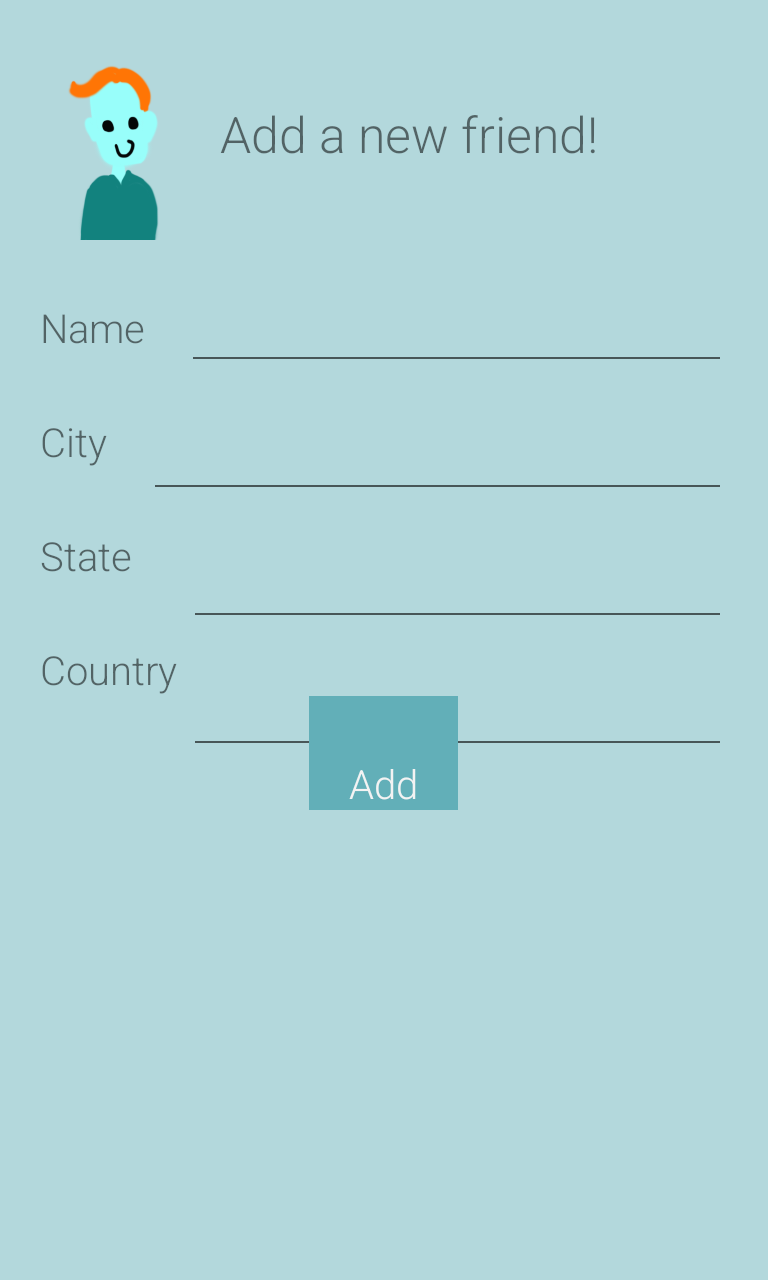
Repository: hinasakazaki/WeatherWithFriends
Layout: WeatherWithFriends/res/layout/add_fragment.xml
These files come from the project's save history. The layout is drawn as it stood at one moment and after the next save; the edit follows.
It is drawn on a 768 x 1280 px phone screen (xhdpi) without system bars, with theme AppTheme; the app's code is not run.

Above is the layout before, as saved 2014-06-10 22:49:25.

After the next save:
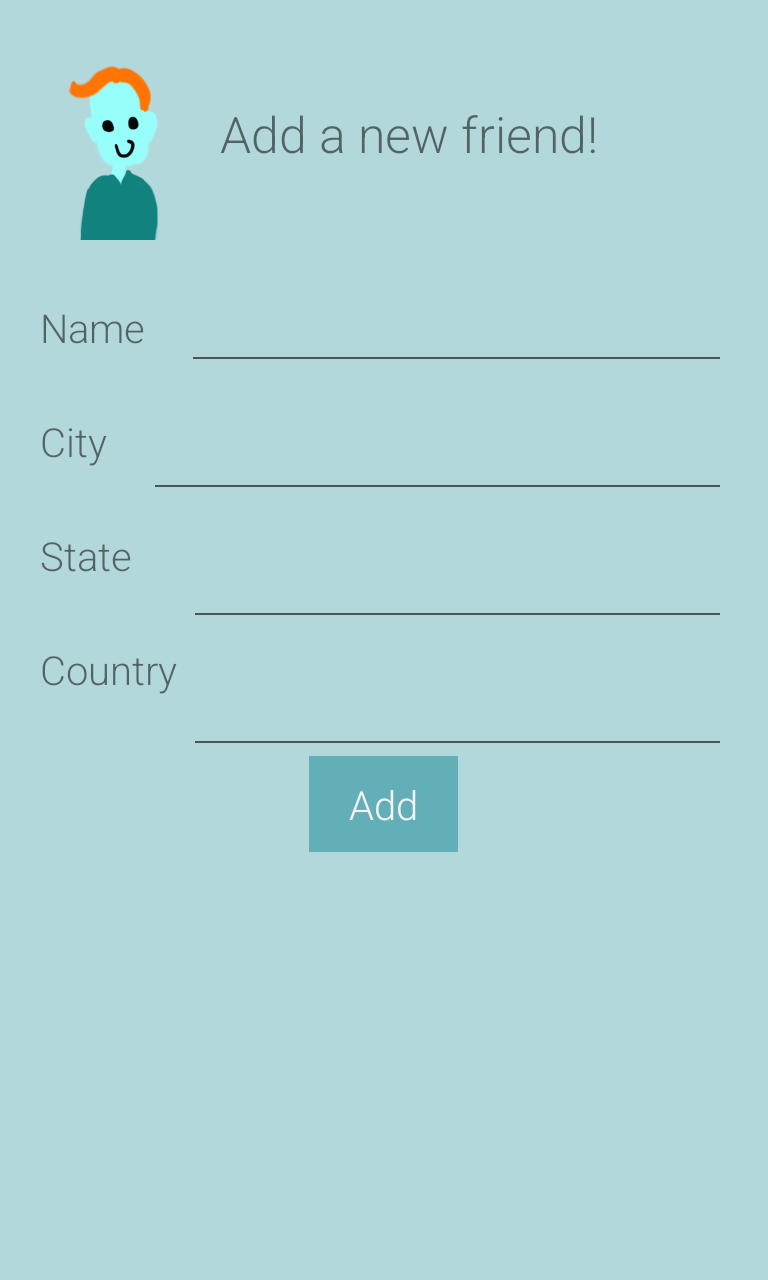
Saved 31 s later.
--- a/WeatherWithFriends/res/layout/add_fragment.xml
+++ b/WeatherWithFriends/res/layout/add_fragment.xml
@@ -144,7 +144,7 @@
             android:paddingLeft="20dp"
             android:paddingRight="20dp"
             android:layout_below="@id/country"
-            android:paddingTop="30dp"
+            android:layout_marginTop="30dp"
             android:layout_centerHorizontal="true"
             />
 
